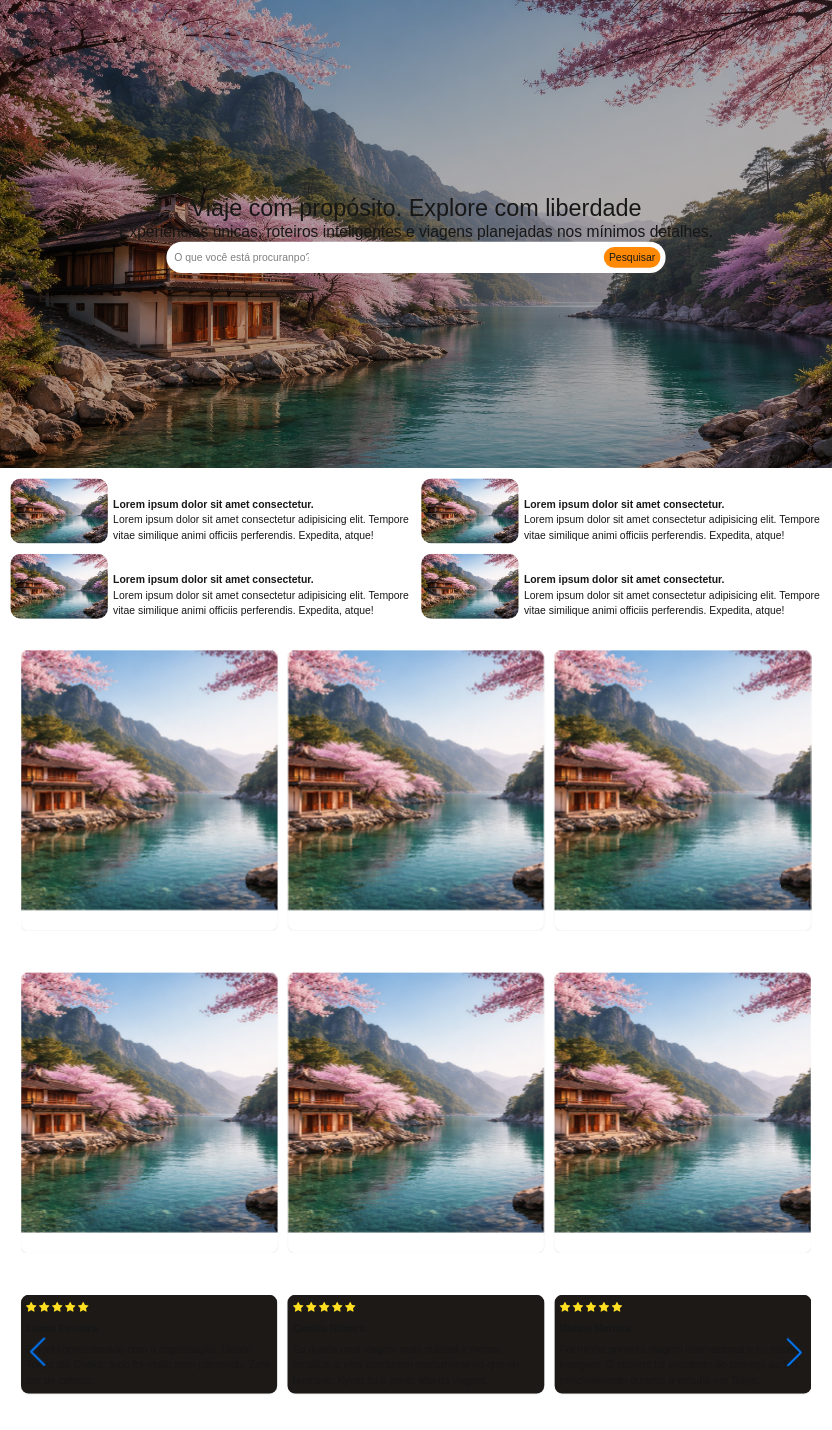
Repository: pedroantoniosi/tripicon-site
Page: /home
The author's editor kept a copy of each file at every save. The page is drawn from the files as they stood at one save, then again after the next save.
The browser window is 1280 px wide. The pictures show the whole page, at 65% of full size.
The project was rebuilt for these pictures with package versions that can differ from the ones it lists, and the page was loaded fresh each time. The framework's server and built-in components were replaced by stand-ins that run in the browser. Also part of the build but not shown: next.config.ts.

Above is the page before, as saved 2026-04-01 20:17:23.

### src/app/layout.tsx
import type { Metadata } from "next";
import { Geist, Geist_Mono } from "next/font/google";
import "./globals.css";

const geistSans = Geist({
  variable: "--font-geist-sans",
  subsets: ["latin"],
});

const geistMono = Geist_Mono({
  variable: "--font-geist-mono",
  subsets: ["latin"],
});

export const metadata: Metadata = {
  title: "Create Next App",
  description: "Generated by create next app",
};

export default function RootLayout({
  children,
}: Readonly<{
  children: React.ReactNode;
}>) {
  return (
    <html
      lang="en"
      className={`${geistSans.variable} ${geistMono.variable} h-full antialiased`}
    >
      <body className="min-h-full flex flex-col">{children}</body>
    </html>
  );
}

### src/app/home/page.tsx
"use client";
import styles from "./page.module.css";
import Searchbar from "@/components/searchbar/searchbar";
import Container from "@/components/Container/Container";
import Image from "next/image";
import Slider from "@/components/Slider/Slider";

const trips = [
  { title: "", image: "/images/banner.png" },
  { title: "", image: "/images/banner.png" },
  { title: "", image: "/images/banner.png" },
];

const reviews = [
  {
    name: "Mariana Souza",
    text: "Viajar para Kyoto sempre foi um sonho, mas eu não fazia ideia de por onde começar. A plataforma montou tudo pra mim e a experiência foi simplesmente perfeita.",
    stars: 5,
  },
  {
    name: "Lucas Ferreira",
    text: "Fiquei impressionado com a organização. Desde Tokyo até Osaka, tudo foi muito bem planejado. Zero dor de cabeça.",
    stars: 5,
  },
  {
    name: "Camila Ribeiro",
    text: "Eu queria uma viagem mais cultural e menos turística, e eles acertaram exatamente no que eu buscava. Kyoto foi o ponto alto da viagem.",
    stars: 5,
  },
  {
    name: "Rafael Martins",
    text: "Foi minha primeira viagem internacional e eu estava inseguro. O suporte foi excelente do começo ao fim, principalmente durante a estadia em Tokyo.",
    stars: 5,
  },
  {
    name: "Juliana Costa",
    text: "Consegui montar um roteiro completo em poucos minutos. A experiência no Monte Fuji foi inesquecível. Recomendo muito.",
    stars: 5,
  },
];

export default function Home() {
  return (
    <>
      {/* Sessão Inicial  Principal */}
      <section className={styles.heroContainer}>
        <Container>
          <div className={`${styles.heroCaption} col gap-2`}>
            <h1 className="text-4xl  text-center">
              {" "}
              Viaje com propósito. Explore com liberdade
            </h1>
            <p className="text-md lg:text-2xl text-center m-[12]">
              Experiências únicas, roteiros inteligentes e viagens planejadas
              nos mínimos detalhes.
            </p>
            <Searchbar />
          </div>
        </Container>
      </section>

      {/* Sessão de Novidades */}
      <div className="grid grid-cols-1 md:grid-cols-2 p-2 gap-2 lg:p-4 lg:gap-4">
        {Array.from({ length: 4 }).map((_, index) => (
          <div key={index} className="flex gap-2">
            <Image
              className="max-w-[150px] rounded-2xl"
              src="/images/banner.png"
              alt="Banner"
              width={500}
              height={300}
            />
            <div className="caption md:content-end">
              <h2 className="font-bold font">
                Lorem ipsum dolor sit amet consectetur.
              </h2>
              <p className="">
                Lorem ipsum dolor sit amet consectetur adipisicing elit. Tempore
                vitae similique animi officiis perferendis. Expedita, atque!
              </p>
            </div>
          </div>
        ))}
      </div>

      {/* Sessão de planos de viagens */}
      <div className="p-2 lg:p-8">
        <Slider
          data={trips}
          slidesPerView={{
            mobile: 1,
            tablet: 2,
            desktop: 3,
          }}
          autoplay
          loop
          renderItem={(item) => (
            <div className="rounded-xl overflow-hidden shadow">
              <img
                src={item.image}
                alt={item.title}
                className="w-full h-[400px] object-cover"
              />
              <h2 className="p-4 font-bold">{item.title}</h2>
            </div>
          )}
        />
      </div>

      {/* Sessão de planos de viagens */}
      <div className="p-2 lg:p-8 ">
        <Slider
          data={trips}
          slidesPerView={{
            mobile: 1,
            tablet: 2,
            desktop: 3,
          }}
          autoplay
          loop
          renderItem={(item) => (
            <div className="rounded-xl overflow-hidden shadow">
              <img
                src={item.image}
                alt={item.title}
                className="w-full h-[400px] object-cover"
              />
              <h2 className="p-4 font-bold">{item.title}</h2>
            </div>
          )}
        />
      </div>

      {/* Sessão de planos de viagens */}
      <div className="p-2 lg:p-8 ">
        <div className="flex gap-2">
          <Slider
            data={reviews}
            slidesPerView={{
              mobile: 1.2,
              tablet: 2,
              desktop: 3,
            }}
            autoplay
            loop
            renderItem={(item) => (
              <div className="rounded-xl overflow-hidden shadow flex flex-col gap-2 bg-stone-900  p-2 rounded-2xl">
                <div className="flex gap-1">
                  {Array.from({ length: item.stars }).map((_, index) => (
                    <i
                      key={index}
                      className="bi bi-star-fill text-yellow-300"
                    ></i>
                  ))}
                </div>
                <h2 className="font-bold">{item.name}</h2>
                <p>{item.text}</p>
              </div>
            )}
          />
        </div>
      </div>
    </>
  );
}

### src/app/globals.css
@import "tailwindcss";
@import "bootstrap-icons/font/bootstrap-icons.css";


:root {
  --background: #ffffff;
  --foreground: #171717;
  --primaryColor: #
}

@media (prefers-color-scheme: dark) {
  :root {
    --background: #0a0a0a;
    --foreground: #ededed;
  }
}

body {
  background: var(--background);
  color: var(--foreground);
  font-family: Arial, Helvetica, sans-serif;
}

### src/app/home/page.module.css
.heroContainer {
    padding: 1rem;
    position: relative;
    display: grid;
    place-items: center;
    z-index: 1;
    min-height: 70svh;

    &::after {
        content: ' ';
        position: absolute;
        width: 100%;
        height: 100%;
        left: 0;
        bottom: 0;
        background-image: url('/images/banner.png');
        background-size: cover;
        z-index: -1;
        filter: brightness(70%);
    }

    & .heroTitle {
        max-width: 1024px;
        text-align: center;
    }
}


@media (min-width: 1024px) {
    .heroContainer {
        padding: 2rem;
        min-height: 100vh;
    }

    .heroContainer .heroTitle {
        max-width: 1200px;
    }
}

### src/components/searchbar/searchbar.tsx
export default function searchbar() {
  return (
    <>
      <div className="p-[.5rem] bg-white rounded-full flex justify-between m-auto max-w-[768px]">
        <input
          className="p-1 text-black outline-none border-none"
          type="text"
          placeholder="O que você está procuranpo?"
        />
        <button className="bg-orange-400 px-2 rounded-full">Pesquisar</button>
      </div>
    </>
  );
}

### src/components/Container/Container.tsx
import React from "react";

type ContainerProps = {
  children?: React.ReactNode;
};

export default function Container({ children }: ContainerProps) {
  return <div className="max-w-[1024px]">{children}</div>;
}

### src/components/Slider/Slider.tsx
"use client";

import { Swiper, SwiperSlide } from "swiper/react";
import { Navigation, Pagination, Autoplay } from "swiper/modules";

import "swiper/css";
import "swiper/css/navigation";
import "swiper/css/pagination";

type Breakpoints = {
  mobile?: number;
  tablet?: number;
  desktop?: number;
};

type SliderProps<T> = {
  data: T[];
  renderItem: (item: T, index: number) => React.ReactNode;

  slidesPerView?: Breakpoints;

  spaceBetween?: number;
  loop?: boolean;
  autoplay?: boolean;
  navigation?: boolean;
  pagination?: boolean;
};

export default function Slider<T>({
  data,
  renderItem,
  slidesPerView = {
    mobile: 1,
    tablet: 2,
    desktop: 3,
  },
  spaceBetween = 16,
  loop = false,
  autoplay = false,
  navigation = true,
  pagination = false,
}: SliderProps<T>) {
  return (
    <Swiper
      modules={[Navigation, Pagination, Autoplay]}
      spaceBetween={spaceBetween}
      loop={loop}
      navigation={navigation}
      pagination={pagination ? { clickable: true } : false}
      autoplay={
        autoplay
          ? {
              delay: 3000,
              disableOnInteraction: false,
            }
          : false
      }
      breakpoints={{
        0: {
          slidesPerView: slidesPerView.mobile || 1,
        },
        640: {
          slidesPerView: slidesPerView.tablet || 2,
        },
        1024: {
          slidesPerView: slidesPerView.desktop || 3,
        },
      }}
    >
      {data.map((item, index) => (
        <SwiperSlide key={index}>{renderItem(item, index)}</SwiperSlide>
      ))}
    </Swiper>
  );
}

After the next save:
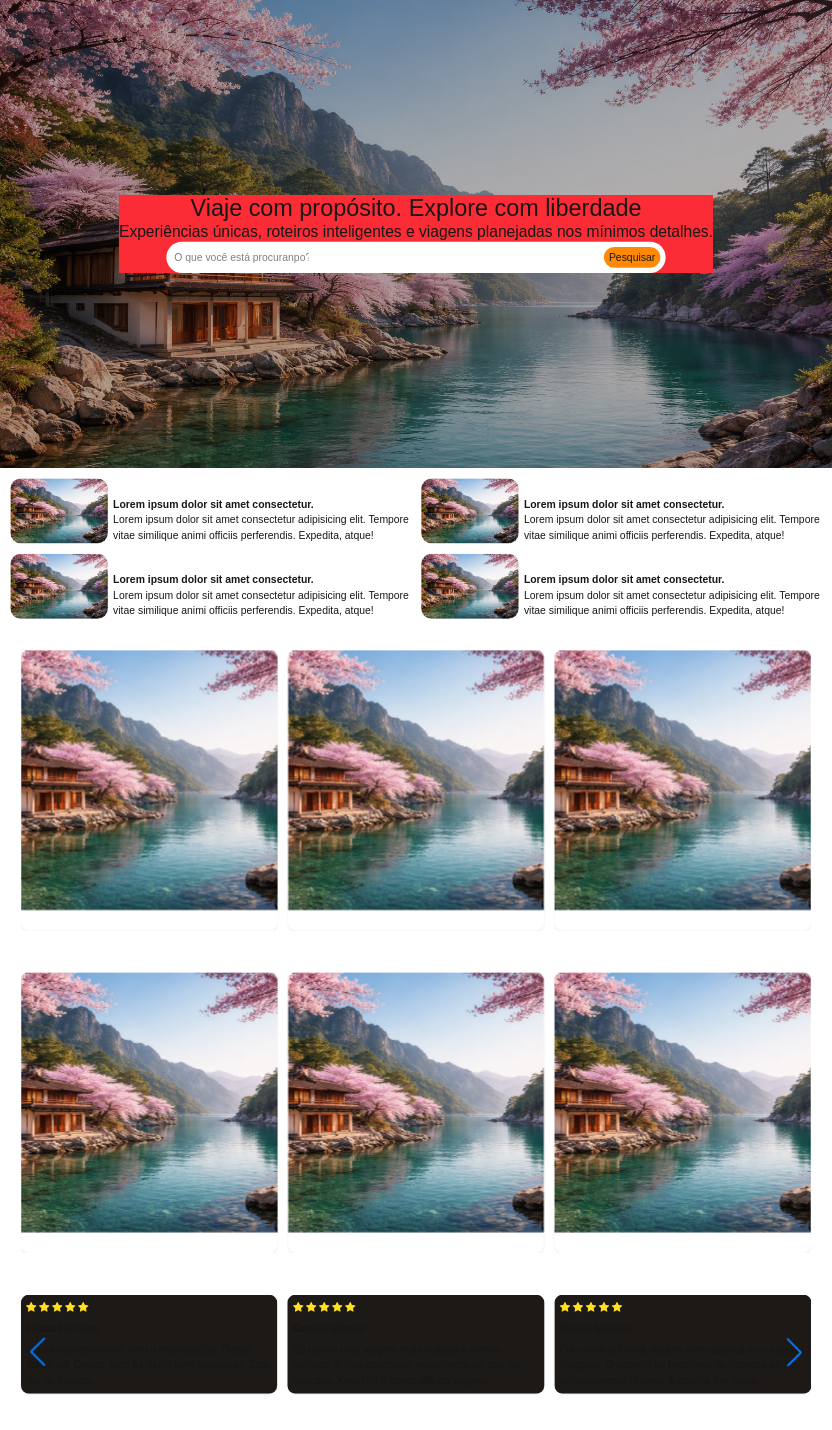
Saved 14 s later.
--- a/src/components/Container/Container.tsx
+++ b/src/components/Container/Container.tsx
@@ -5,5 +5,5 @@
 };
 
 export default function Container({ children }: ContainerProps) {
-  return <div className="max-w-[1024px]">{children}</div>;
+  return <div className="max-w-[1024px] bg-red-500">{children}</div>;
 }

After the save that followed:
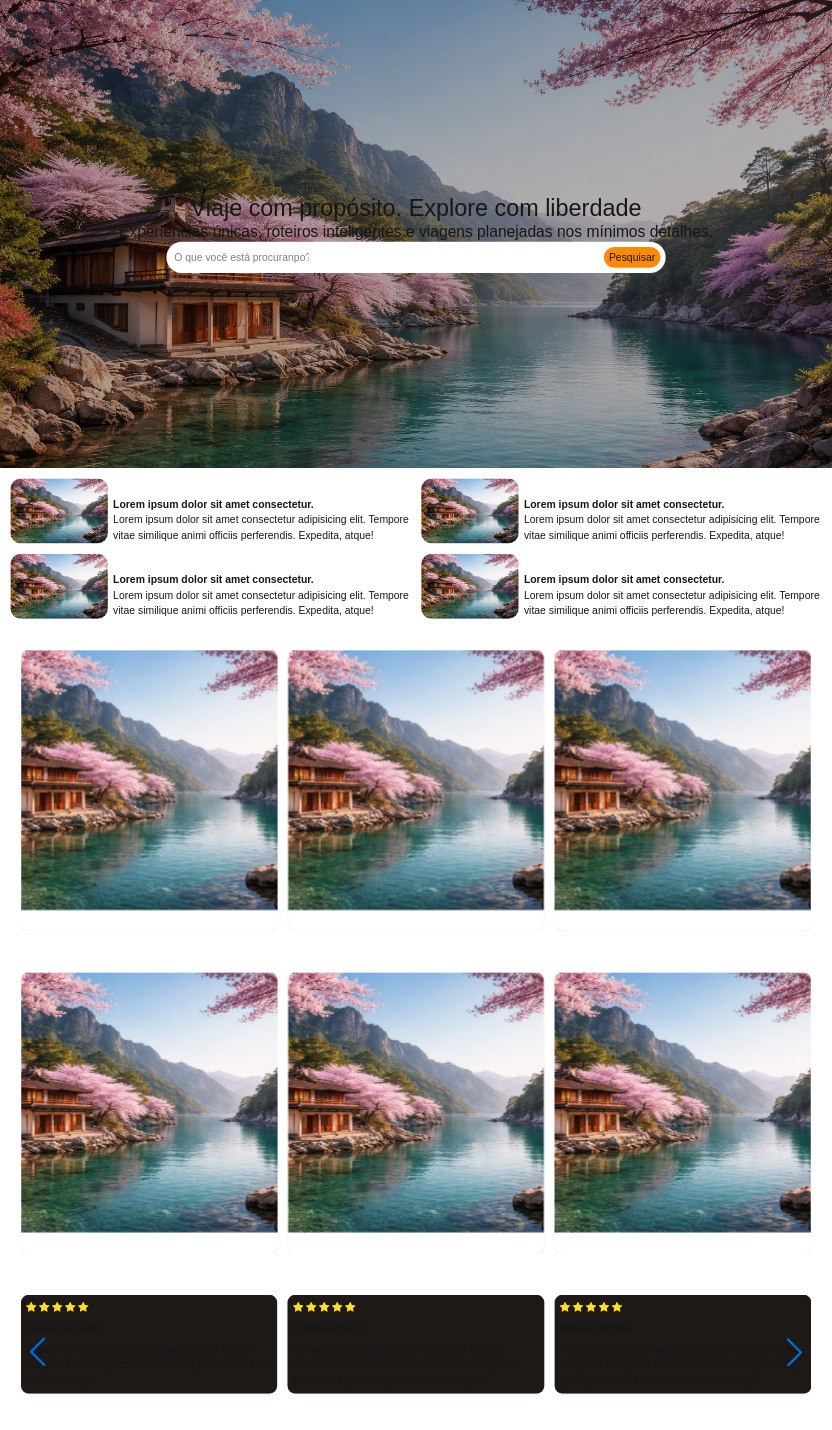
Saved 9 s later.
--- a/src/components/Container/Container.tsx
+++ b/src/components/Container/Container.tsx
@@ -5,5 +5,5 @@
 };
 
 export default function Container({ children }: ContainerProps) {
-  return <div className="max-w-[1024px] bg-red-500">{children}</div>;
+  return <div className="max-w-[1024px]">{children}</div>;
 }
